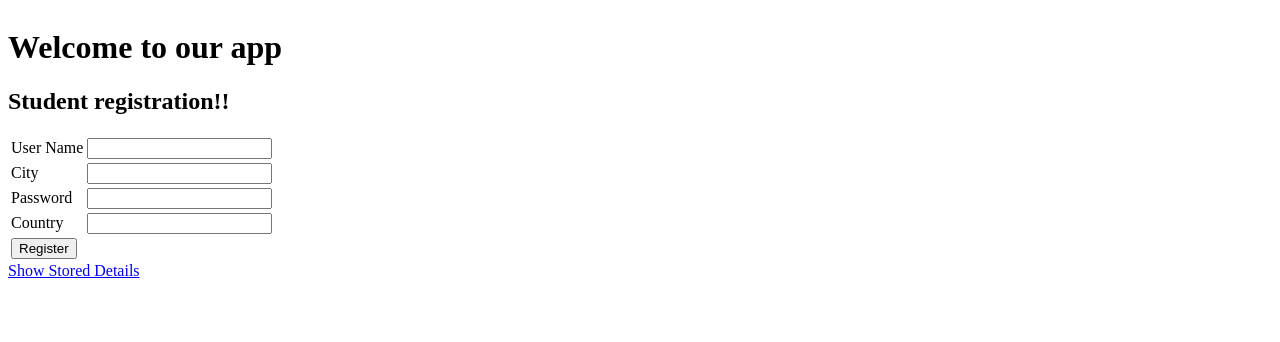
Repository: sultanaNargis03/IndustryReadyJavaSpringBoot
Page: Servlet/workspace/Learningportal/src/main/webapp/register.html
These files come from the project's save history. The page is drawn as it stood at one moment and after the next save; the edit follows.
The browser window is 1280 px wide. The pictures show the whole page.

Above is the page before, as saved 2023-12-06 16:01:30.

### Servlet/workspace/Learningportal/src/main/webapp/register.html
<!DOCTYPE html>
<html>
<head>
<meta charset="ISO-8859-1">
<title>Registration</title>
</head>
<body style="align-content: center">
<h1>Welcome to our app</h1>
<h2>Student registration!!</h2>
<form method="post" action="./Request1">
	<table>
		<tr>
			<td>User Name</td>
			<td><input type="text" name="uname"</td>
		</tr>
		<tr>
			<td>City</td>
			<td><input type="text" name="city"</td>
		</tr>
		<tr>
			<td>Password</td>
			<td><input type="password" name="password"</td>
		</tr>
		<tr>
			<td>Country</td>
			<td><input type="text" name="country"</td>
		</tr>
		<tr>
			<td><input type="submit" value="Register"</td>
		</tr>
	</table>
</form>
<a href="./Request2">Show Stored Details</a>
</body>
</html>

After the next save:
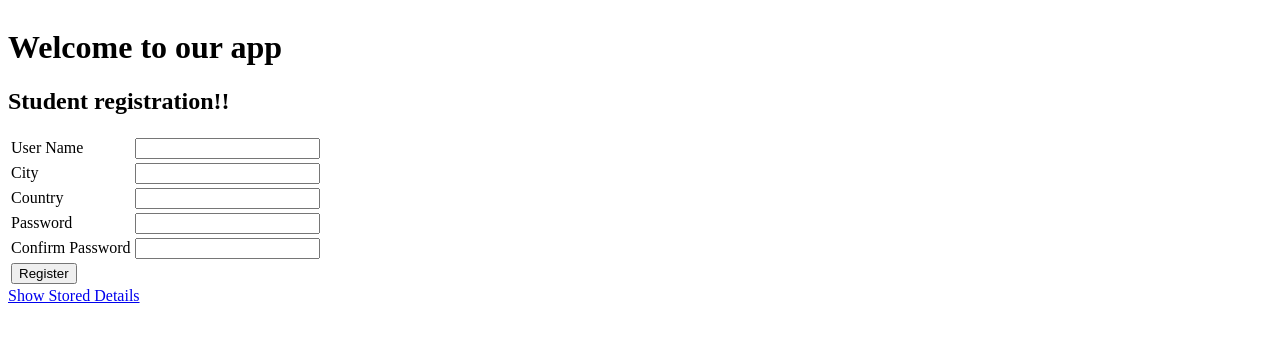
Saved 58 s later.
--- a/Servlet/workspace/Learningportal/src/main/webapp/register.html
+++ b/Servlet/workspace/Learningportal/src/main/webapp/register.html
@@ -17,13 +17,18 @@
 			<td>City</td>
 			<td><input type="text" name="city"</td>
 		</tr>
+
+		<tr>
+			<td>Country</td>
+			<td><input type="text" name="country"</td>
+		</tr>
 		<tr>
 			<td>Password</td>
 			<td><input type="password" name="password"</td>
 		</tr>
 		<tr>
-			<td>Country</td>
-			<td><input type="text" name="country"</td>
+			<td>Confirm Password</td>
+			<td><input type="password" name="cpassword"</td>
 		</tr>
 		<tr>
 			<td><input type="submit" value="Register"</td>
